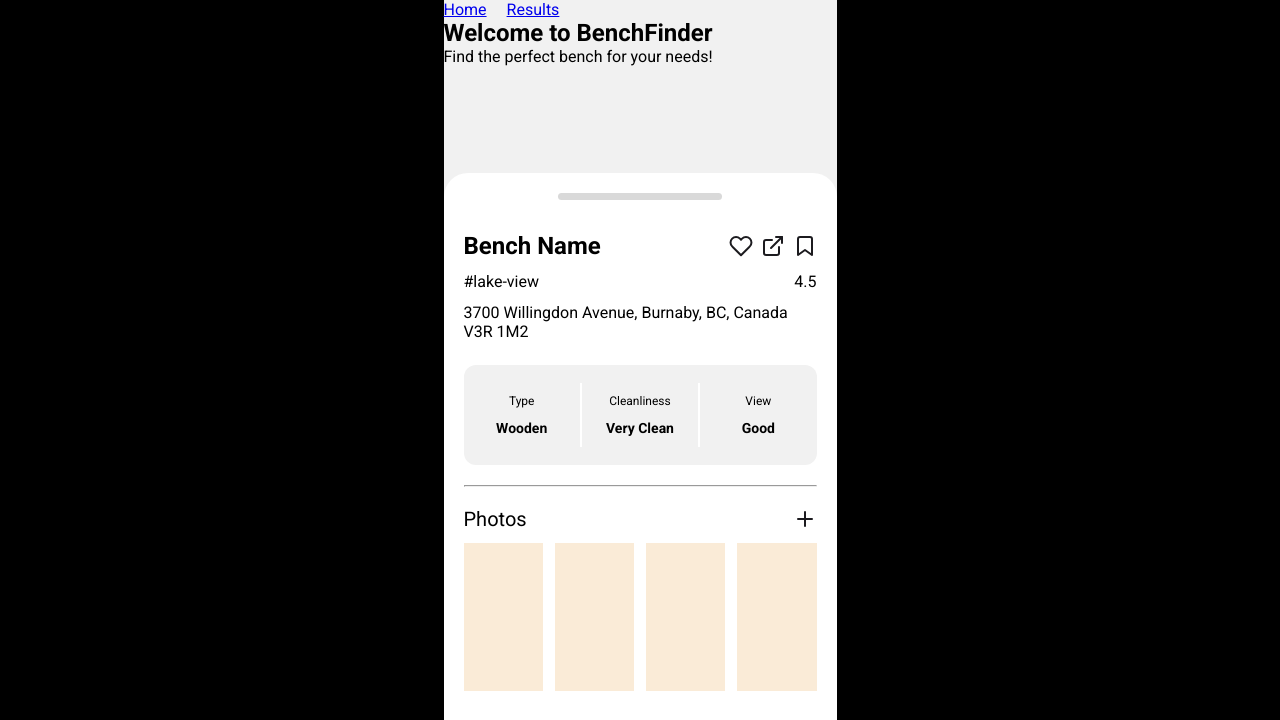
Repository: HidayatPatil/BenchFinder
Page: /
The author's editor kept a copy of each file at every save. The page is drawn from the files as they stood at one save, then again after the next save.
The browser window is 1280 px wide. The pictures show the whole page.
The project was rebuilt for these pictures with package versions that can differ from the ones it lists, and the page was loaded fresh each time. Also part of the build but not shown: vite.config.js, src/Results.jsx.

Above is the page before, as saved 2025-10-09 22:03:36.

### index.html
<!doctype html>
<html lang="en">
  <head>
    <meta charset="UTF-8" />
    <link rel="icon" type="image/svg+xml" href="/vite.svg" />
    <meta name="viewport" content="width=device-width, initial-scale=1.0" />
    <title>benchfinder</title>
  </head>
  <body>
    <div id="root"></div>
    <script type="module" src="/src/main.jsx"></script>
  </body>
</html>

### src/index.css
@import url("https://fonts.googleapis.com/css2?family=Roboto:wght@400;700&display=swap");

/* Reset default margins and padding */
* {
  margin: 0;
  padding: 0;
  box-sizing: border-box;
}

body,
html {
  width: 100%;
  height: 100%;
  overflow: hidden;
  background-color: black;
  display: flex;
  justify-content: center;
  align-items: center;
  font-family: "Roboto", sans-serif;
  /* overflow: auto; */
}

#root {
  width: 393px;
  min-width: 320px;
  max-width: 425px;
  height: 100vh;
  background-color: rgb(0, 0, 0);
  position: relative;
}

.app_body {
  width: 393px;
  min-width: 320px;
  max-width: 425px;
  height: 100%;
  background-color: #f1f1f1;
  margin: 0 auto;
  position: relative;
}

.drawer_container {
  height: 547px;
  width: 100%;
  position: absolute;
  bottom: 0;
  padding: 0 20px;
  background-color: #ffffff;
  border-radius: 24px 24px 0 0;
}

.drawer_handle {
  width: 164px;
  height: 7px;
  border-radius: 100px;
  background-color: #d9d9d9;
  margin: 20px auto 32px auto;
}

.bench_data {
  display: flex;
  flex-direction: column;
  gap: 20px;
}

.bench_information {
  display: flex;
  flex-direction: column;
  gap: 24px;
}

.data_metadata {
  display: flex;
  flex-direction: column;
  gap: 12px;
}

.metadata_name_options {
  display: flex;
  justify-content: space-between;
  align-items: center;

  h2 {
    font-size: 24px;
    font-weight: 600;
  }

  .bench_metadata_options {
    display: flex;
    gap: 8px;
  }

  .option_icons {
    height: 24px;
    width: 24px;
    color: #1c1b1f;
  }
}

.metadata_tags_rating {
  display: flex;
  justify-content: space-between;
  align-items: center;
}

.data_bench_overview {
  display: flex;
  justify-content: space-between;
  gap: 24px;
  align-items: center;
  background-color: #f1f1f1;
  padding: 16px 24px;
  text-align: center;
  height: 100px;
  border-radius: 12px;

  .bench_overview_container {
    display: flex;
    flex-direction: column;
    gap: 12px;
    flex: 1;
  }

  .overview_title {
    font-size: 12px;
    font-weight: 500;
  }

  .overview_content {
    font-size: 14px;
    font-weight: 600;
  }

  .box_data_seperators {
    background-color: white;
    height: 64px;
    width: 2px;
  }
}

.bench_photos {
  display: flex;
  flex-direction: column;
  gap: 12px;

  .photos_heading {
    display: flex;
    justify-content: space-between;
    align-items: center;

    h3 {
      font-size: 20px;
      font-weight: 500;
    }

    .option_icons {
      height: 24px;
      width: 24px;
      color: #1c1b1f;
    }
  }

  .photos_gallery {
    display: flex;
    gap: 12px;
    align-items: flex-start;
    overflow: visible;


    .gallery_image {
        background-color: antiquewhite;
        height: 148px;
        width: 148px;
        /* flex: 1; */
    }
  }
}

### src/App.jsx
import { Routes, Route, Link } from 'react-router-dom'
import Result from './Results'
import Home from './Home'

export default function App(){
  return (
    <div className="app_body">
      {/* <h1 className="container">BenchFinder App</h1> */}
      <nav>
        <Link to="/" style={{ marginRight: '20px' }}>Home</Link>
        <Link to="/results">Results</Link>
      </nav>

      <Routes>
        <Route path="/" element={<Home />} />
        <Route path="/results" element={<Result />} />
      </Routes>
    </div>
  )
}

### src/Home.jsx
import ContentDrawer from "./components/contentDrawer"

export default function Home() {
  return (
    <div>
      <h2>Welcome to BenchFinder</h2>
      <p>Find the perfect bench for your needs!</p>
      <div className="google_maps">
        <img />
      </div>
      <ContentDrawer />
    </div>
  )
}

### src/components/contentDrawer.jsx
import { FiHeart } from "react-icons/fi";
import { FiExternalLink } from "react-icons/fi";
import { FiBookmark } from "react-icons/fi";
import { FiPlus } from "react-icons/fi";
import { IconContext } from "react-icons";

export default function ContentDrawer() {
  return (
    <div className="drawer_container">
      <div className="drawer_handle"></div>
      <div className="bench_data">
        {" "}
        {/* main container holding data */}
        <div className="bench_information">
          {" "}
          {/* section above the line break */}
          <div className="data_metadata">
            <div className="metadata_name_options">
              <h2>Bench Name</h2>
              <div className="bench_metadata_options">
                <IconContext.Provider value={{ className: "option_icons" }}>
                  <FiHeart />
                  <FiExternalLink />
                  <FiBookmark />
                </IconContext.Provider>
              </div>
            </div>
            <div className="metadata_tags_rating">
              <div className="bench_tags">#lake-view</div>
              <div className="bench_rating">4.5</div>
            </div>
            <p className="metadata_address">
              3700 Willingdon Avenue, Burnaby, BC, Canada V3R 1M2
            </p>
          </div>
          <div className="data_bench_overview">
            <div className="bench_overview_container">
              <h4 className="overview_title">Type</h4>
              <p className="overview_content">Wooden</p>
            </div>
            <span className="box_data_seperators" />
            <div className="bench_overview_container">
              <h4 className="overview_title">Cleanliness</h4>
              <p className="overview_content">Very Clean</p>
            </div>
            <span className="box_data_seperators" />
            <div className="bench_overview_container">
              <h4 className="overview_title">View</h4>
              <p className="overview_content">Good</p>
            </div>
          </div>
        </div>
        <hr /> {/* line break */}
        <div className="bench_photos">
          <div className="photos_heading">
            <h3>Photos</h3>
            <IconContext.Provider value={{ className: "option_icons" }}>
              <FiPlus />
            </IconContext.Provider>
          </div>
          <div className="photos_gallery">
            <div className="gallery_image"></div>
            <div className="gallery_image"></div>
            <div className="gallery_image"></div>
            <div className="gallery_image"></div>
          </div>
        </div>
      </div>
    </div>
  );
}

Loaded but not shown: src/main.jsx (common file)

After the next save:
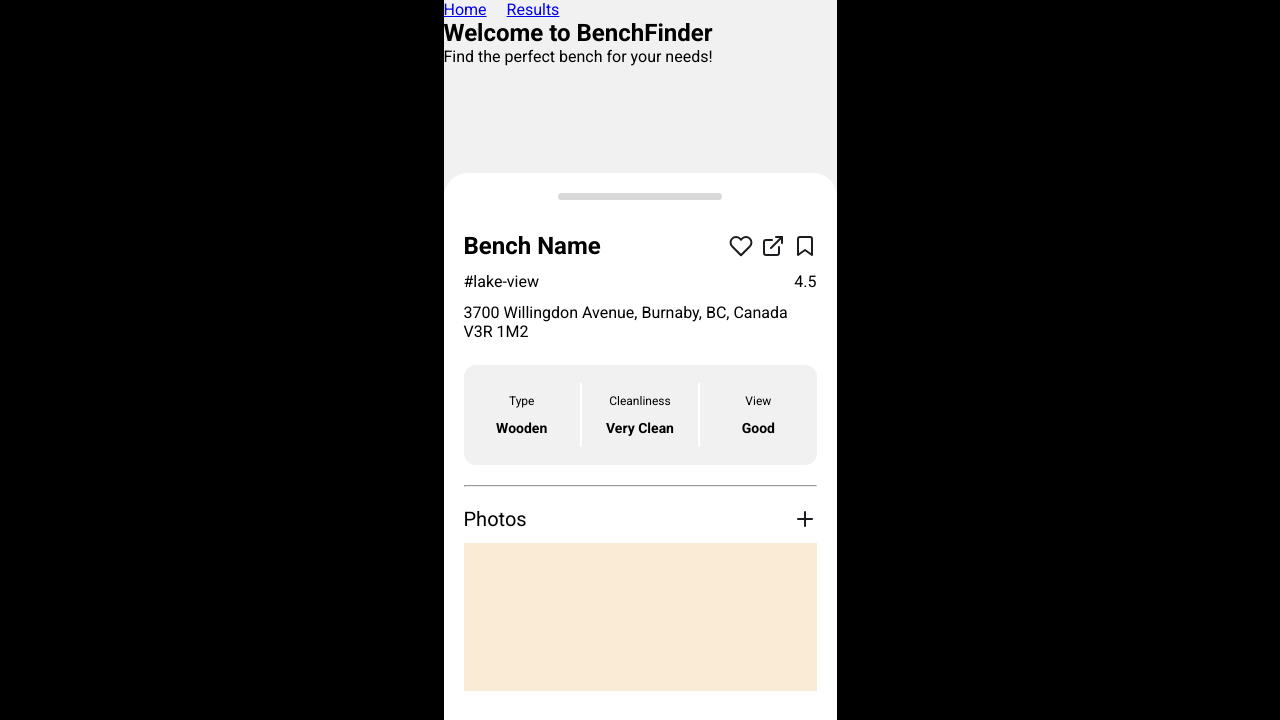
Saved 5 s later.
--- a/src/index.css
+++ b/src/index.css
@@ -162,7 +162,7 @@
 
   .photos_gallery {
     display: flex;
-    gap: 12px;
+    /* gap: 12px; */
     align-items: flex-start;
     overflow: visible;
 

After the 3 saves that followed:
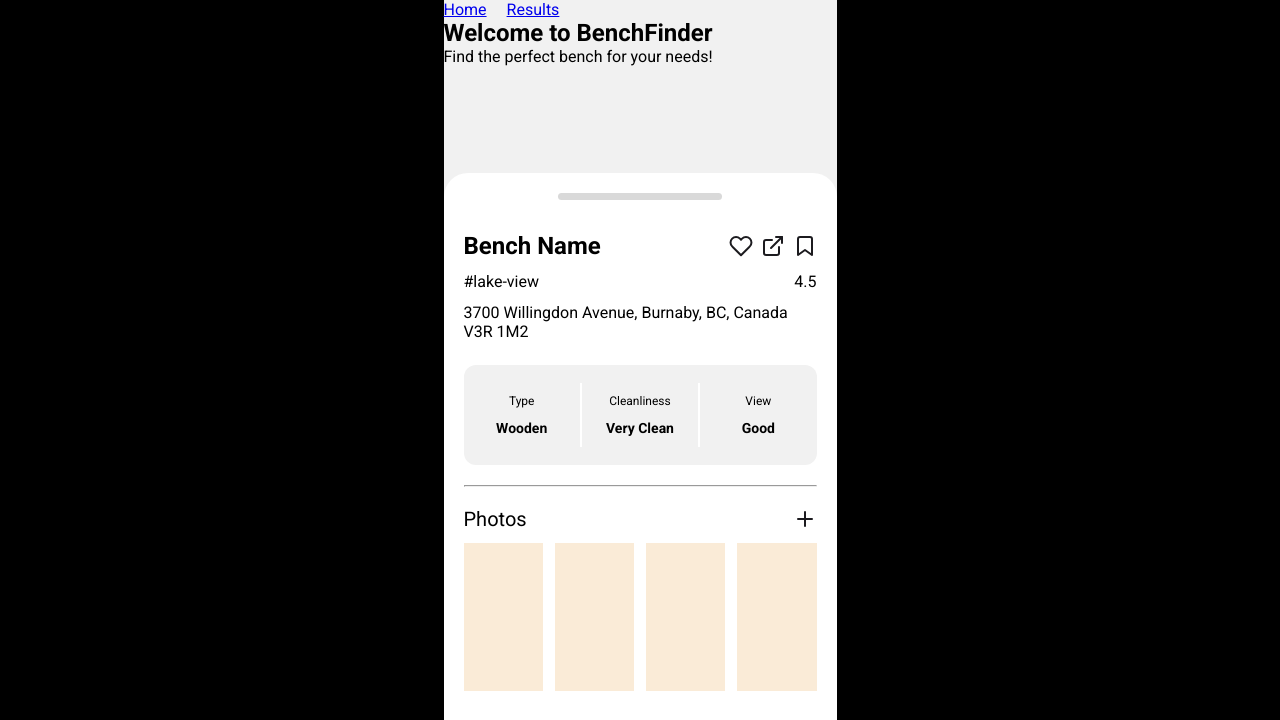
The 3 saves are shown as one change because 1 left the picture as it was and some came seconds apart.
The last was saved 53 s later.
--- a/src/index.css
+++ b/src/index.css
@@ -162,9 +162,9 @@
 
   .photos_gallery {
     display: flex;
-    /* gap: 12px; */
+    gap: 12px;
     align-items: flex-start;
-    overflow: visible;
+    overflow: auto;
 
 
     .gallery_image {
